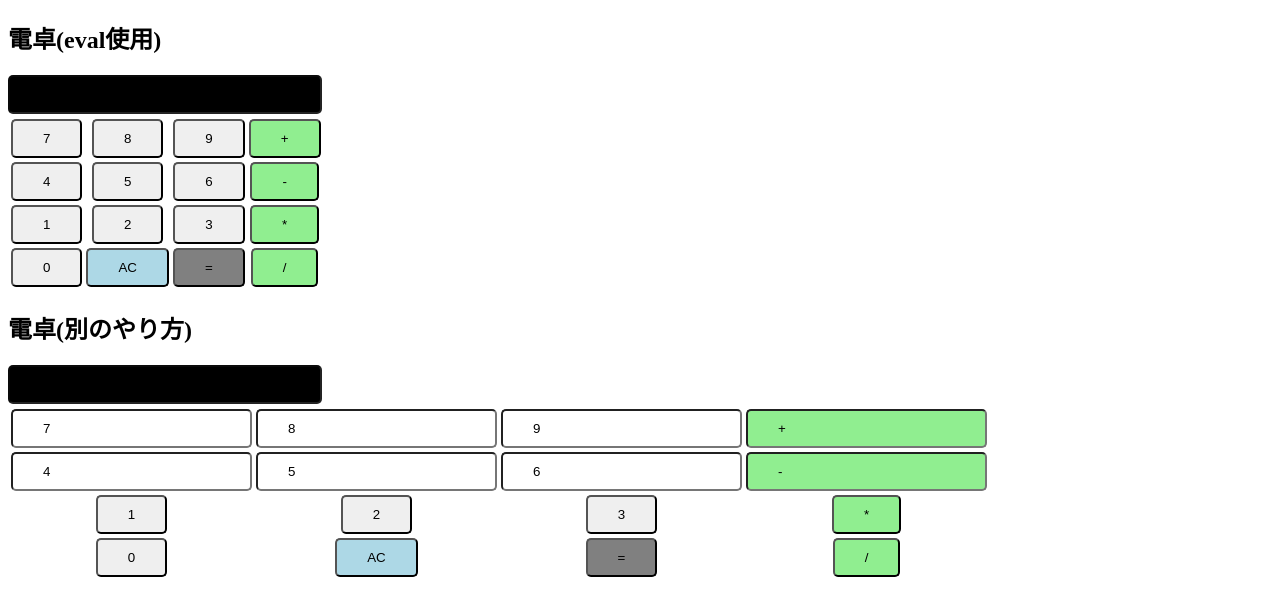
Repository: syokaturyou/potepan
Page: dentaku.html
The author's editor kept a record of every edit. The page is drawn from the files as they stood at one moment, then again after the next edit.
The browser window is 1280 px wide. The pictures show the whole page.

Above is the page before.

### dentaku.html
   <!DOCTYPE html>
    <html lang="en">
      <head>
        <meta charset="utf-8">
        <link rel="stylesheet" href="css/main.css">
        <title>電卓</title>
        <script src="javascript/jquery.min.js"></script>
        <script type="text/javascript" src="javascript/main.js" charset="utf-8"></script>
      </head>

      <body>
        <form name="dentaku">
        <h2>電卓(eval使用)</h2>
          <table>
          <tr>
            <input type="text" class="display" name="display" value="" disabled>
          </tr>
          <tr>
            <th><input type="button" value="7" onclick="get_calc(this)"></th>
            <th><input type="button" value="8" onclick="get_calc(this)"></th>
            <th><input type="button" value="9" onclick="get_calc(this)"></th>
            <th><input type="button" class="operator" value="+" onclick="get_calc(this)"></th>
          </tr>
          <tr>
            <th><input type="button" value="4" onclick="get_calc(this)"></th>
            <th><input type="button" value="5" onclick="get_calc(this)"></th>
            <th><input type="button" value="6" onclick="get_calc(this)"></input></th>
            <th><input type="button" class="operator" value="-" onclick="get_calc(this)"></th>
          </tr>
          <tr>
            <th><input type="button" value="1" onclick="get_calc(this)"></th>
            <th><input type="button" value="2" onclick="get_calc(this)"></th>
            <th><input type="button" value="3" onclick="get_calc(this)"></th>
            <th><input type="button" class="operator" value="*" name="multi_btn" onclick="get_calc(this)"></th>
          </tr>
          <tr>
            <th><input type="button" value="0" onclick="get_calc(this)"></th>
            <th><input type="button" class="ac" value="AC" onclick="get_calc(this)"></th>
            <th><input type="button" class="equal" value="=" onclick="get_calc(this)"></th>
            <th><input type="button" class="operator" value="/" name="div_btn" onclick="get_calc(this)"></th>
          </tr>
        </table>
        </form>


        <h2>電卓(別のやり方)</h2>

        <table>
          <tr>
            <input type="text" class="display" name="display" value="" disabled>
          </tr>
          <tr>
            <th><input type="text" value="7" onclick="get_calc(this)"></th>
            <th><input type="text" value="8" onclick="get_calc(this)"></th>
            <th><input type="text" value="9" onclick="get_calc(this)"></th>
            <th><input type="text" class="operator" value="+" onclick="get_calc(this)"></th>
          </tr>
          <tr>
            <th><input type="text" value="4" onclick="get_calc(this)"></th>
            <th><input type="text" value="5" onclick="get_calc(this)"></th>
            <th><input type="text" value="6" onclick="get_calc(this)"></input></th>
            <th><input type="text" class="operator" value="-" onclick="get_calc(this)"></th>
          </tr>
          <tr>
            <th><input type="button" value="1" onclick="get_calc(this)"></th>
            <th><input type="button" value="2" onclick="get_calc(this)"></th>
            <th><input type="button" value="3" onclick="get_calc(this)"></th>
            <th><input type="button" class="operator" value="*" name="multi_btn" onclick="get_calc(this)"></th>
          </tr>
          <tr>
            <th><input type="button" value="0" onclick="get_calc(this)"></th>
            <th><input type="button" class="ac" value="AC" onclick="get_calc(this)"></th>
            <th><input type="button" class="equal" value="=" onclick="get_calc(this)"></th>
            <th><input type="button" class="operator" value="/" name="div_btn" onclick="get_calc(this)"></th>
          </tr>
        </table>

      </body>
    </html>

### css/main.css
table{
  background-color: white;
}
/*h4{*/
/*  width: 300px;*/
/*  color: white;*/
/*  background-color: black;*/
/*}*/
 input {
  padding: 10px 30px;
  border-radius: 5px;
}

.display {
      width: 250px;
      text-align: right; /* 文字を右詰めに */
      background: black;
      color: white;
}

.operator{
    background-color: lightgreen;
}
.equal{
    background-color: gray;
}
.ac{
    background-color: lightblue;
}

### javascript/main.js

     function get_calc(btn) {
      if(btn.value == "=") {
        document.dentaku.display.value = eval(document.dentaku.display.value);
      } else if (btn.value == "AC") {
        document.dentaku.display.value = "";
      } else {
        document.dentaku.display.value += btn.value;
      }
    };

    //   function get_calc(btn) {
    //   if(btn.value == "=") {
    //     document.dentaku.display.value = eval(document.dentaku.display.value);
    //   } else if (btn.value == "AC") {
    //     document.dentaku.display.value = "";
    //   } else {
    //     if (btn.value == "×") {
    //       btn.value = "*";
    //     } else if (btn.value == "÷") {
    //       btn.value = "/";
    //     }
    //     document.dentaku.display.value += btn.value;
    //     document.dentaku.multi_btn.value = "×";
    //     document.dentaku.div_btn.value = "÷";
    //   }
    // };



     // $(document).ready(function(){
  //     $(".button0").click(function() {
  //     let value = $(".button0").text(); //テキストを取得し変数に入れています
  //     $(".target").text(value); //テキストを変更する処理
  //     });

  //     $(".button1").click(function() {
  //     let value1 = 1;
  //     let value = value + value1
  //     $(".target").text(value);
  //     });

  //     $(".button2").click(function() {
  //     let value2 = 2;
  //     let value = value + value2
  //      $(".target").text(value);
  //     });

  //     $(".button3").click(function() {
  //     let value = 3;
  //      $(".target").text(value);
  //     });

  //     $(".button4").click(function() {
  //     let value = 4;
  //      $(".target").text(value);
  //     });

  //     $(".button5").click(function() {
  //     let value = $(".button5").number();
  //      $(".target").number(value);
  //     });

  //     $(".button6").click(function() {
  //     let value = $(".button6").text();
  //      $(".target").text(value);
  //     });

  //     $(".button7").click(function() {
  //     let value = $(".button7").text();
  //      $(".target").text(value);
  //     });

  //     $(".button8").click(function() {
  //     let value = $(".button8").text();
  //      $(".target").text(value);
  //     });

  //     $(".button9").click(function() {
  //     let value = $(".button9").text();
  //      $(".target").text(value);
  //     });

  //     $(".buttonreset").click(function() {
  //      $(".target").text(0);
  //     });

  // });

Loaded but not shown: javascript/jquery.min.js (library)

After the next edit:
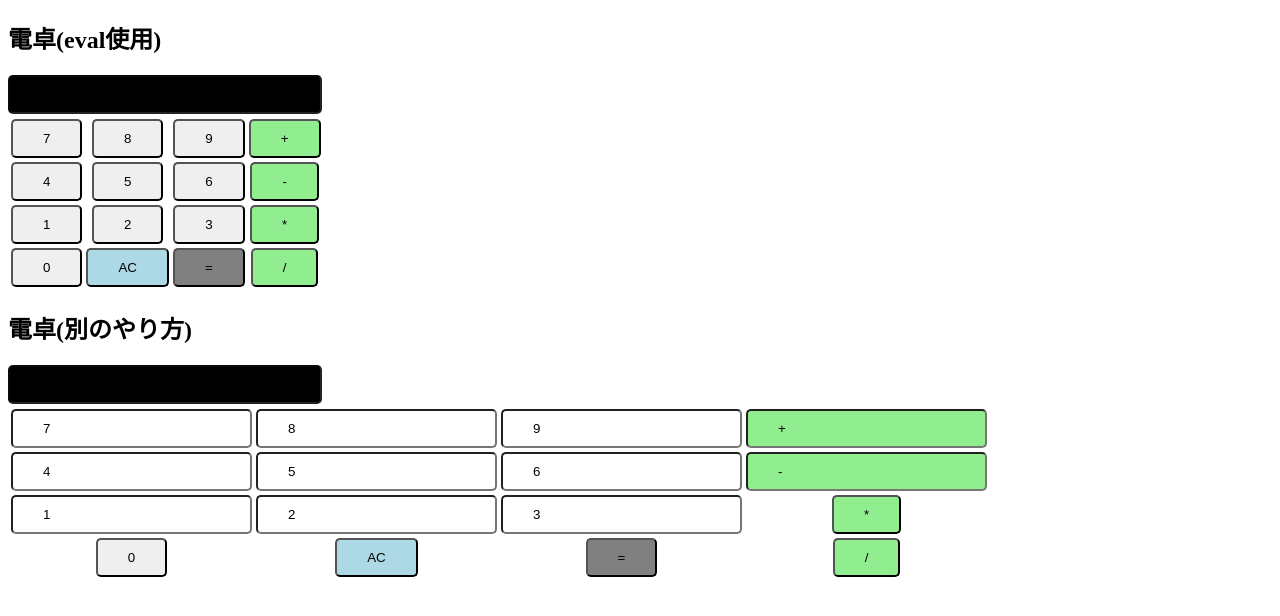
The edit:
--- a/dentaku.html
+++ b/dentaku.html
@@ -62,9 +62,9 @@
             <th><input type="text" class="operator" value="-" onclick="get_calc(this)"></th>
           </tr>
           <tr>
-            <th><input type="button" value="1" onclick="get_calc(this)"></th>
-            <th><input type="button" value="2" onclick="get_calc(this)"></th>
-            <th><input type="button" value="3" onclick="get_calc(this)"></th>
+            <th><input type=""text" value="1" onclick="get_calc(this)"></th>
+            <th><input type="text" value="2" onclick="get_calc(this)"></th>
+            <th><input type=""text" value="3" onclick="get_calc(this)"></th>
             <th><input type="button" class="operator" value="*" name="multi_btn" onclick="get_calc(this)"></th>
           </tr>
           <tr>
